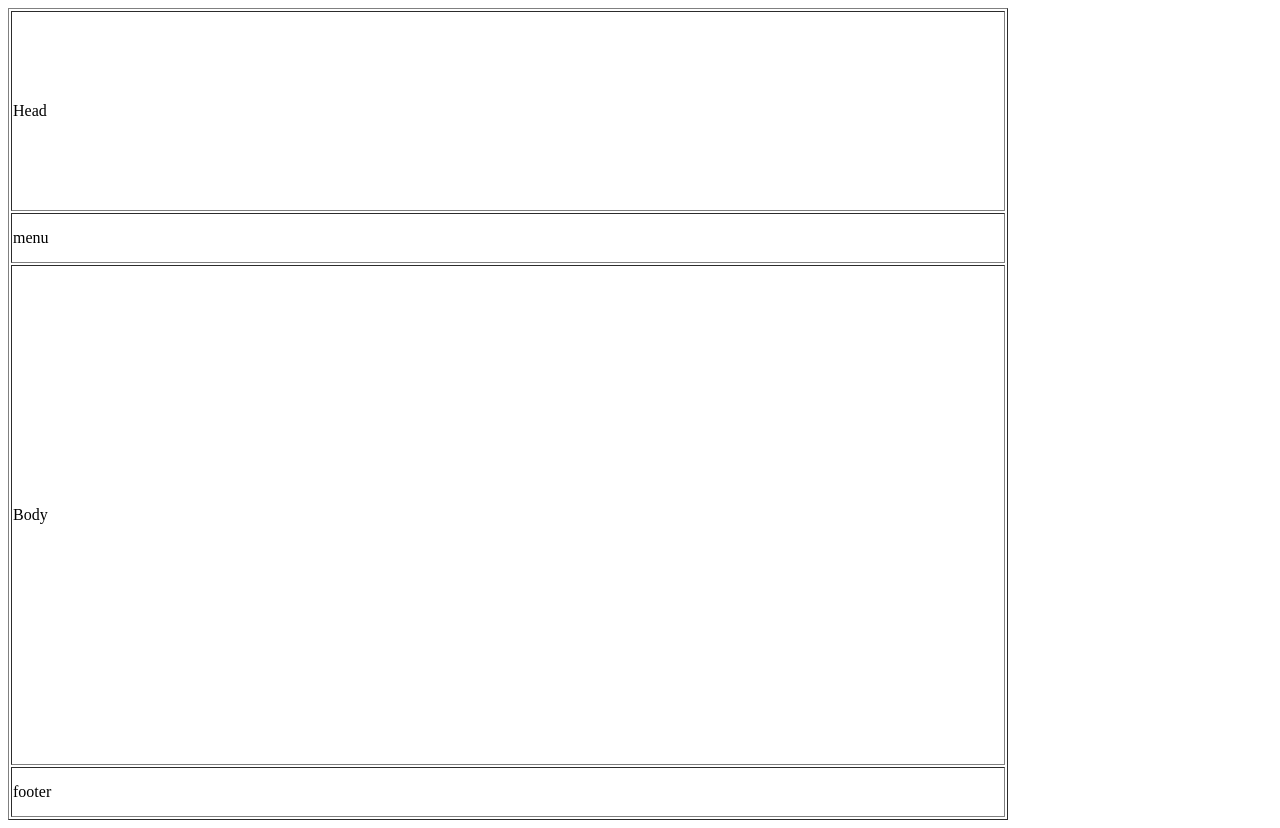
Repository: PraveenRavipati/MyWork
Page: Java/workspaces/office Java WorkScapces/training/LoginProperty/WebContent/Login.html
An editor plug-in stored every save of this project. The page is shown before and after the next save, followed by the edit.
The browser window is 1280 px wide. The pictures show the whole page.

Above is the page before, as saved 2014-06-03 10:47:21.

After the next save:
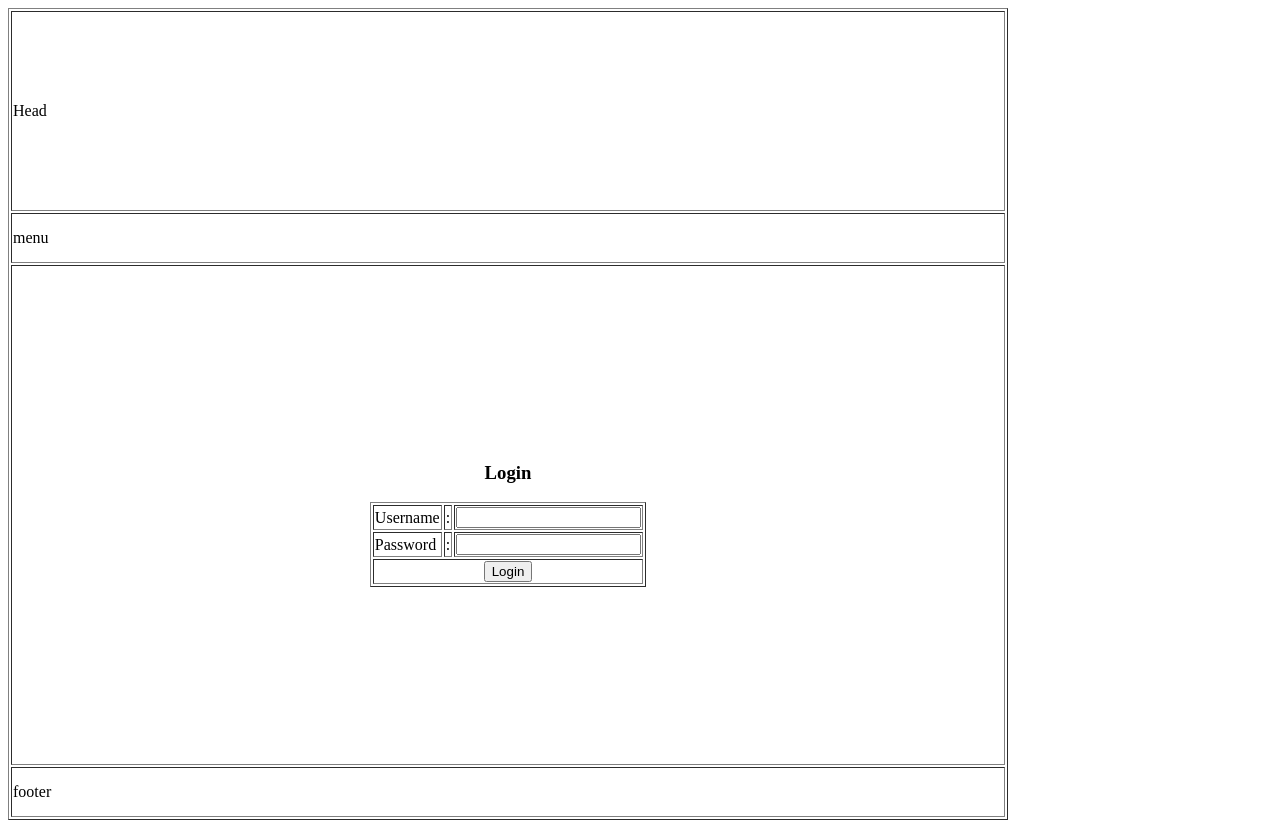
Saved 15 s later.
--- a/Java/workspaces/office Java WorkScapces/training/LoginProperty/WebContent/Login.html
+++ b/Java/workspaces/office Java WorkScapces/training/LoginProperty/WebContent/Login.html
@@ -13,7 +13,22 @@
             <td>menu</td>
         </tr>
         <tr height="500">
-            <td>Body</td>
+            <td><table align="center" border="1">
+            <caption><h3>Login</h3></caption>
+                <tr>
+                    <td>Username</td>
+                    <td>:</td>
+                    <td><input type="text" name="uname"></td>
+                </tr>
+                <tr>
+                    <td>Password</td>
+                    <td>:</td>
+                    <td><input type="password" name="pwd"></td>
+                </tr>
+                <tr>
+                    <td colspan="3" align="center"><input type="submit" value="Login"></td>
+                </tr>
+                </table></td>
         </tr>
         <tr height="50">
             <td>footer</td>
